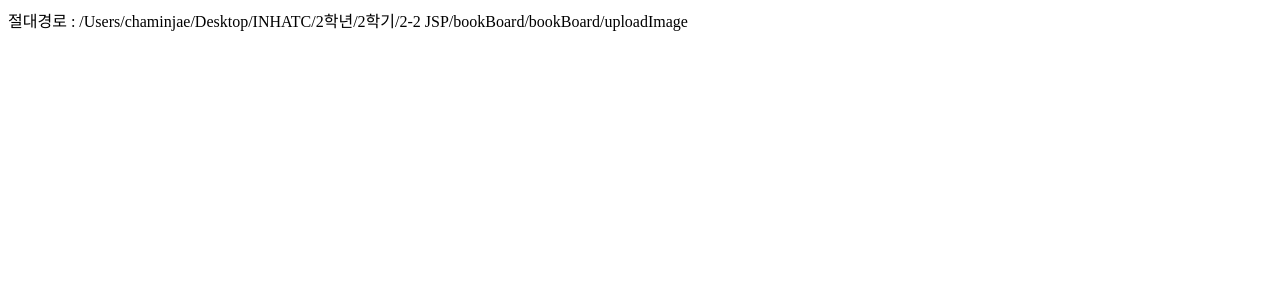
Repository: charmingjae/swproject
Page: http://localhost/bookBoard/writeChk.jsp
These files come from the project's save history. The page is drawn as it stood at one moment and after the next save; the edit follows.
The browser window is 1280 px wide. The pictures show the whole page.
The page is served by Tomcat 9. Other server files are loaded and not shown.

Above is the page before, as saved 2019-12-18 08:56:03.

### JSP/bookBoard/bookBoard/WebContent/writeChk.jsp
<%@ page language="java" contentType="text/html; charset=UTF-8"
    pageEncoding="UTF-8"%>
<%@ page import="java.sql.*" %>

<!-- 파일업로드 위한 라이브러리 임포트 -->



<%@ page import="java.io.File" %>

<!-- 파일 이름이 동일한게 나오면 자동으로 다른걸로 바꿔주고 그런 행동 해주는것 -->

<%@ page import="com.oreilly.servlet.multipart.DefaultFileRenamePolicy" %>

<!-- 실제로 파일 업로드 하기 위한 클래스 -->

<%@ page import="com.oreilly.servlet.MultipartRequest" %>

<!-- 위에것들 head 태그 위에 추가해줄 것 -->
<!DOCTYPE html>
<html>
<head>
<meta charset="UTF-8">
<title> write Check </title>
</head>
<body>
	<%


		// 해당 폴더에 이미지를 저장시킨다






		try{



			String stu_no = "";
			String stu_name = "";
			String stu_grade = "";
			String stu_class = "";
			String seller_tel = "";
			stu_no = (String)session.getAttribute("stu_no");


			String uploadDir =this.getClass().getResource("").getPath();

			 uploadDir = "/Users/chaminjae/Desktop/INHATC/2학년/2학기/2-2 JSP/bookBoard/bookBoard/uploadImage";

			 out.println("절대경로 : " + uploadDir + "<br/>");





			// 총 100M 까지 저장 가능하게 함

			int maxSize = 1024 * 1024 * 100;

			String encoding = "UTF-8";



			// 사용자가 전송한 파일정보 토대로 업로드 장소에 파일 업로드 수행할 수 있게 함

			MultipartRequest multipartRequest

			= new MultipartRequest(request, uploadDir, maxSize, encoding,

					new DefaultFileRenamePolicy());


			String bookName = multipartRequest.getParameter("bookname");
			String publisher = multipartRequest.getParameter("publisher");
			String prof = multipartRequest.getParameter("prof");
			String status = multipartRequest.getParameter("status");
			String summary = multipartRequest.getParameter("summary");
			String tradenum = multipartRequest.getParameter("tradenum");




	              // 중복된 파일이름이 있기에 fileRealName이 실제로 서버에 저장된 경로이자 파일

	              // fineName은 사용자가 올린 파일의 이름이다

			// 이전 클래스 name = "file" 실제 사용자가 저장한 실제 네임

			String fileName = multipartRequest.getOriginalFileName("file");

			// 실제 서버에 업로드 된 파일시스템 네임

			String fileRealName = multipartRequest.getFilesystemName("file");




			Class.forName("com.mysql.jdbc.Driver");

			Connection conn = null;
			Statement stat	= null;
			PreparedStatement pstat = null;
			ResultSet rs1 	= null;
			ResultSet rs2 	= null;

			String jdbcDriver = "jdbc:mysql://localhost:3306/bookDB?"+
								"useSSl=false&serverTimezone=UTC";

			String dbUser = "root";
			String dbPass = "1234";



			//2. 데이터베이스 커넥션 생성
			conn = DriverManager.getConnection(jdbcDriver,dbUser,dbPass);

			String sqlQ = "SELECT STU_NO, STU_NAME, STU_GRADE, STU_CLASS, STU_TEL FROM MEMBER_INFO WHERE STU_NO = '" + stu_no + "'";

			//3. 쿼리를 위한 Statement 생성
			stat = conn.createStatement();

			//4. 쿼리 실행.
			rs1 = stat.executeQuery(sqlQ);


			while(rs1.next()){
				stu_name = rs1.getString("STU_NAME");
				stu_grade = rs1.getString("STU_GRADE");
				stu_class = rs1.getString("STU_CLASS");
				seller_tel = rs1.getString("STU_TEL");
			}

			String seller = stu_grade + "-" + stu_class + "-" + stu_name;


			String sql =  "INSERT INTO bookInfo(bookName, publisher, prof, status, seller, summary, stu_no, seller_tel, fileName, fileRealName ) "+
							"VALUES(?,?,?,?,?,?,?,?,?,?)";


			int result = 0;




		 	pstat = conn.prepareStatement(sql);
			pstat.setString(1, bookName);
			pstat.setString(2, publisher);
			pstat.setString(3, prof);
			pstat.setString(4, status);
			pstat.setString(5, seller);
			pstat.setString(6, summary);
			pstat.setString(7, stu_no);
			pstat.setString(8, seller_tel);
			pstat.setString(9, fileName);
			pstat.setString(10, fileRealName);

			result = pstat.executeUpdate();


/* 			request.setAttribute("empCheck", empCheck);
			request.setAttribute("result", result); */

			// 디비에 업로드 메소드

			out.write("파일명 : " + fileName + "<br>");

			out.write("실제파일명 : " + fileRealName + "<br>");

			/////////////////////////////////////////////////

			pstat.close();
			conn.close();


			%>
			<script type="text/javascript">
			alert("등록 성공");
			location.href = "queryBook.jsp";
			</script>
			<%
			////////////////////////
		}catch(Exception e){
			System.out.println(e.getMessage());

		}





	%>

</body>
</html>

After the next save:
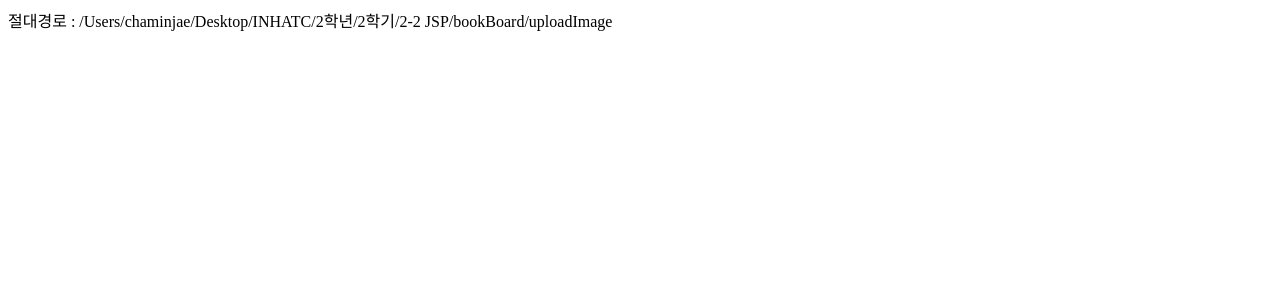
Saved 23 min 14 s later.
--- a/JSP/bookBoard/bookBoard/WebContent/writeChk.jsp
+++ b/JSP/bookBoard/bookBoard/WebContent/writeChk.jsp
@@ -48,7 +48,7 @@
 
 			String uploadDir =this.getClass().getResource("").getPath();
 
-			 uploadDir = "/Users/chaminjae/Desktop/INHATC/2학년/2학기/2-2 JSP/bookBoard/bookBoard/uploadImage";
+			 uploadDir = "/Users/chaminjae/Desktop/INHATC/2학년/2학기/2-2 JSP/bookBoard/uploadImage";
 
 			 out.println("절대경로 : " + uploadDir + "<br/>");
 
